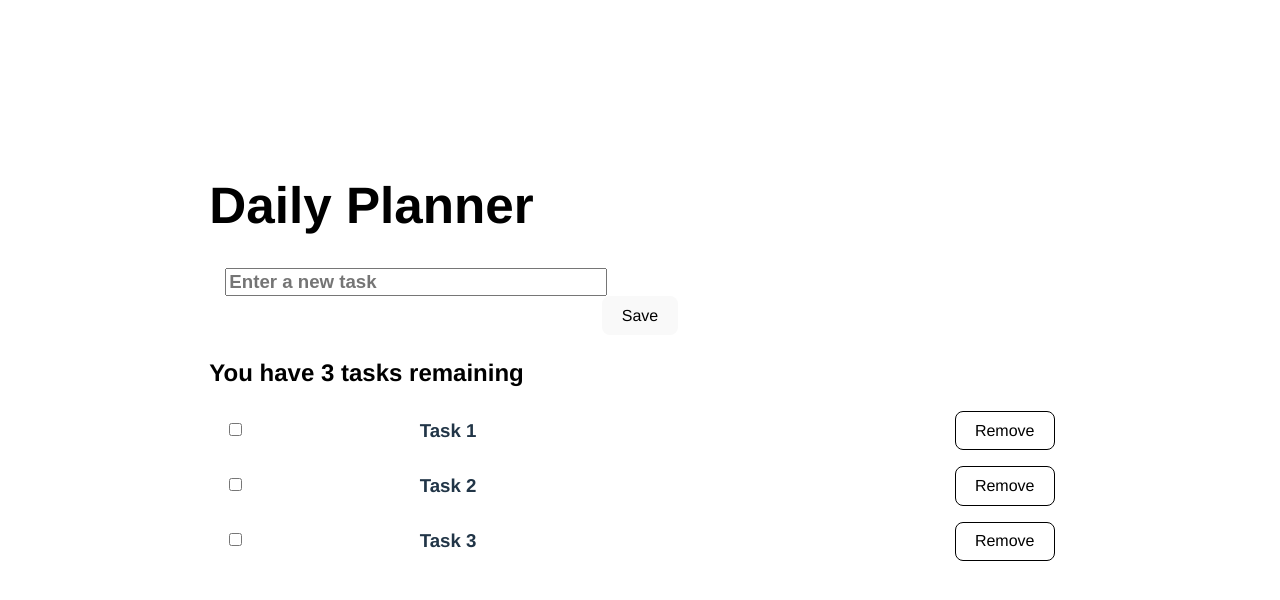
Repository: MonicaNguyenH/Frontend_Assignment6
Page: / (app in react/)
These files come from the project's save history. The page is drawn as it stood at one moment and after the next save; the edit follows.
The browser window is 1280 px wide. The pictures show the whole page.
The project was rebuilt for these pictures with package versions that can differ from the ones it lists, and the page was loaded fresh each time. Also part of the build but not shown: react/vite.config.js.

Above is the page before, as saved 2024-10-11 00:50:58.

After the next save:
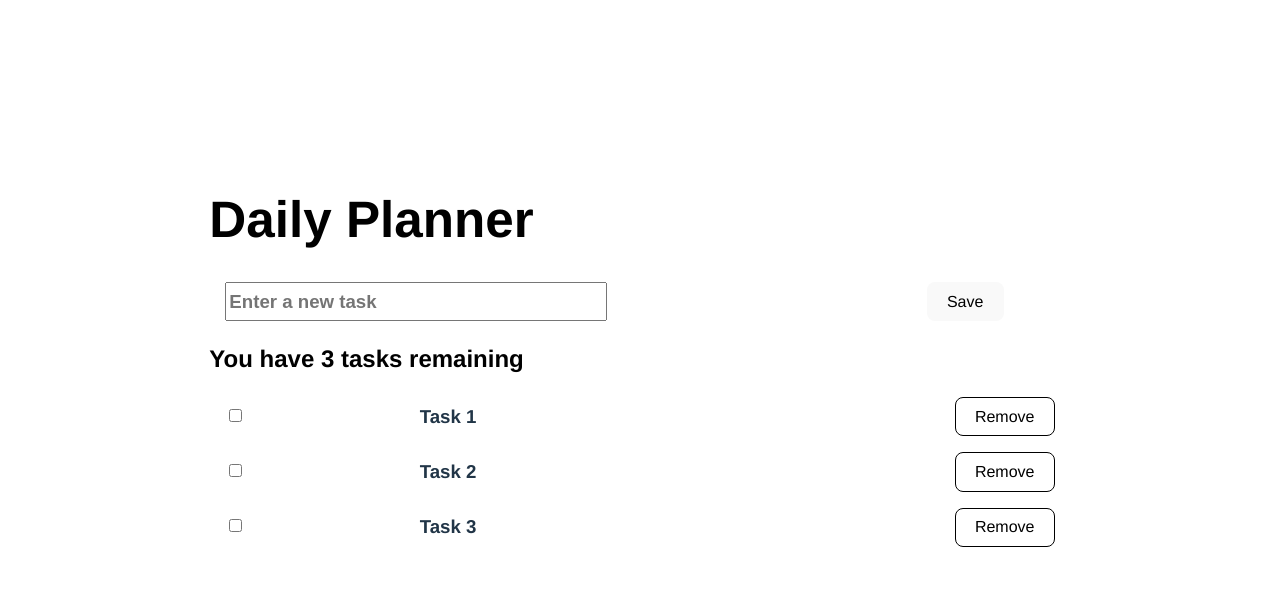
Saved 21 s later.
--- a/react/src/components/TaskForm.jsx
+++ b/react/src/components/TaskForm.jsx
@@ -34,9 +34,9 @@ export default function TaskForm({addTask}) {
                         onChange={(e) => setTaskName(e.target.value)}
                         placeholder="Enter a new task"
                     />
-                </div>
                 <div className="btn-group">
                     <button type="submit" className="btn-save">Save</button>
+                </div>
                 </div>
             </form>
         </>
